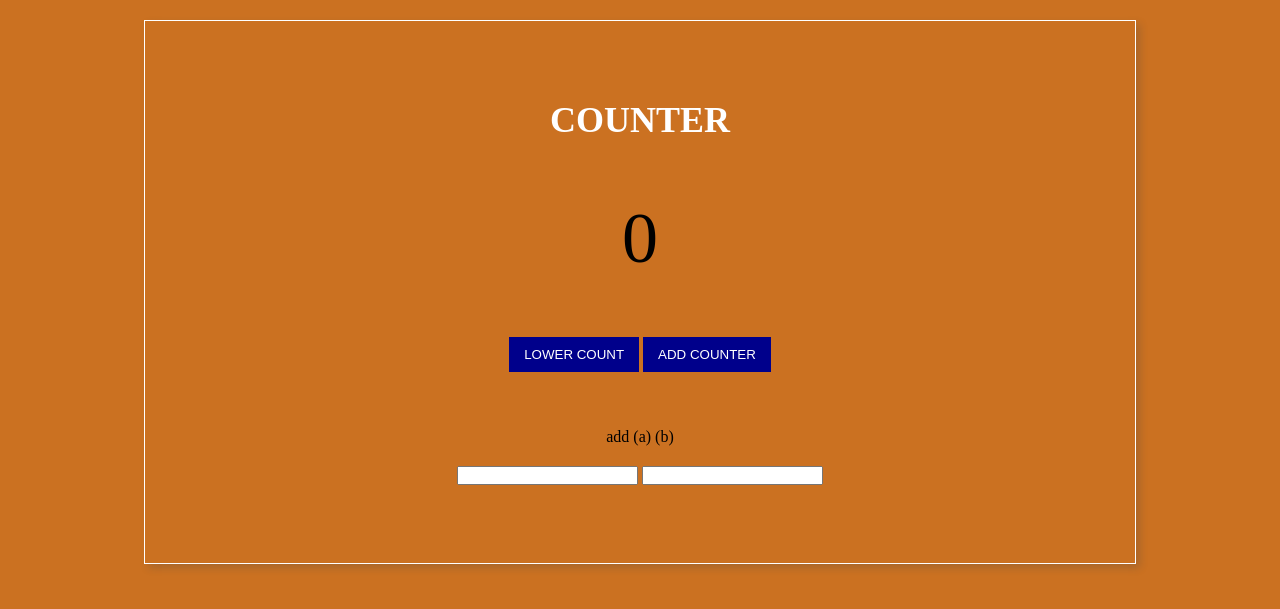
Repository: lusine-tech/counter
Page: index.html
An editor plug-in stored every save of this project. The page is shown before and after a run of saves, followed by the edit.
The browser window is 1280 px wide. The pictures show the whole page.

Above is the page before, as saved 2022-02-14 20:01:06.

After the next 3 saves:
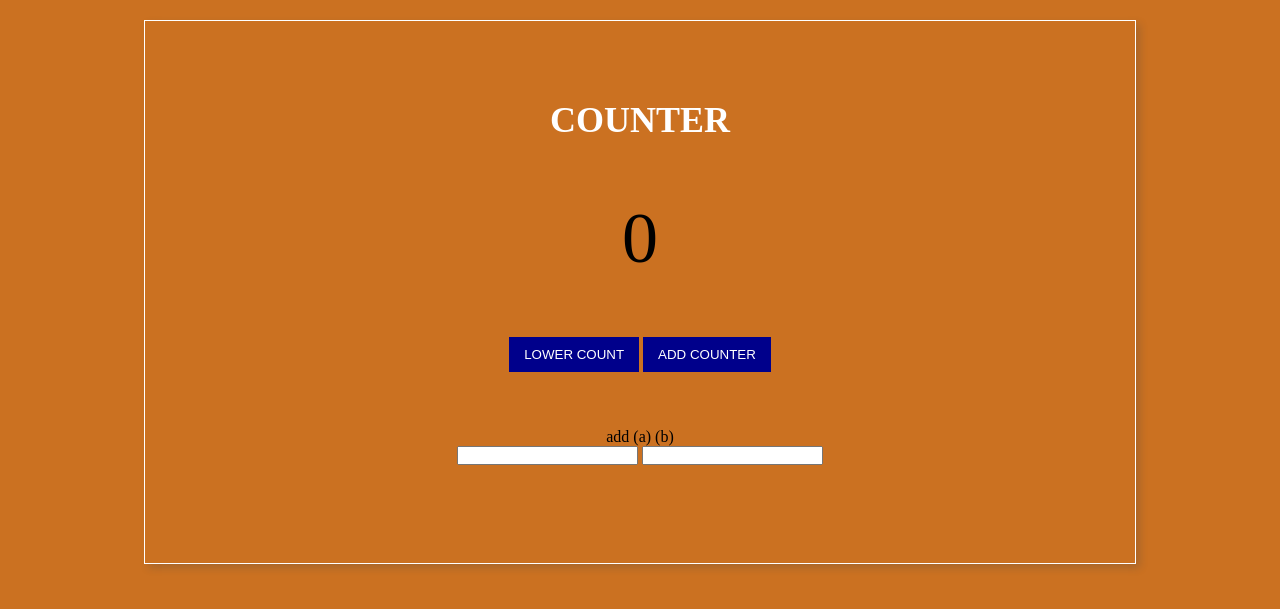
The 3 saves are shown as one change because they came seconds apart.
The last was saved 5 min 7 s later.
--- a/index.html
+++ b/index.html
@@ -17,7 +17,7 @@
        <button class="btn" id="increase">add Counter</button>
     </div>
     <div class="inputs">
-        <p class="sum">add <span class="left-input">(a)</span>
+        <div class="sum">add <span class="left-input">(a)</span>
             <span class="right-input">(b)</span></p>
             <input type="number" class="left-number">
             <input type="number" class="right-number">

After the 2 saves that followed:
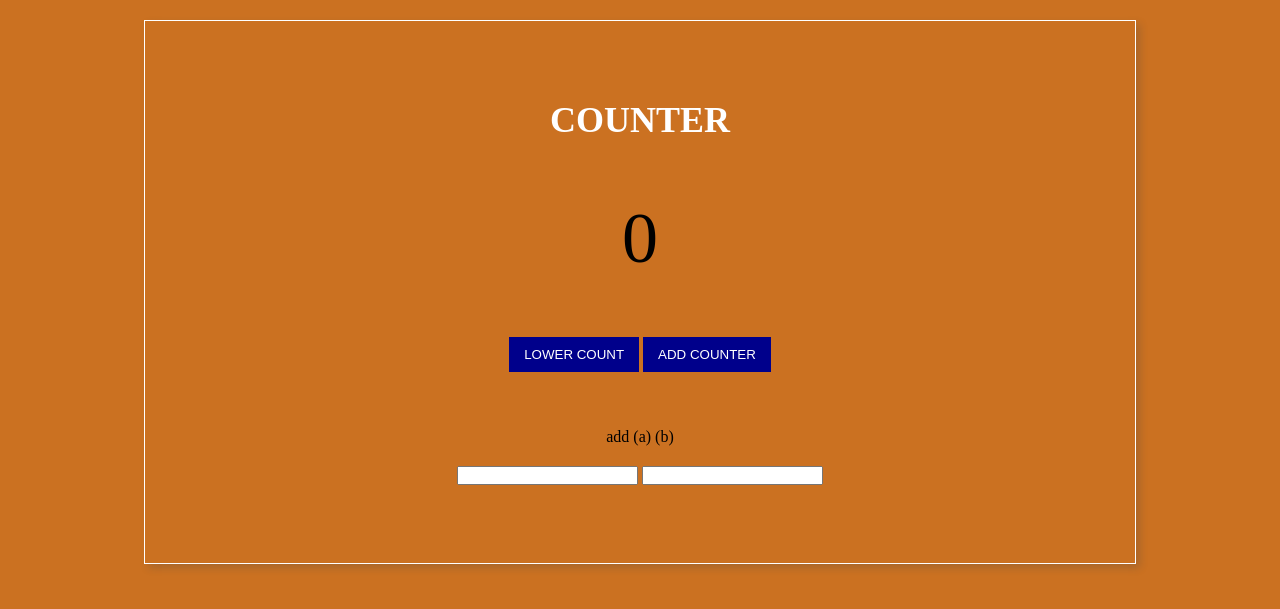
The 2 saves are shown as one change because they came seconds apart.
The last was saved 7 s later.
--- a/index.html
+++ b/index.html
@@ -18,7 +18,7 @@
     </div>
     <div class="inputs">
         <div class="sum">add <span class="left-input">(a)</span>
-            <span class="right-input">(b)</span></p>
+            <span class="right-input">(b)</span></div>
             <input type="number" class="left-number">
             <input type="number" class="right-number">
     </div>
